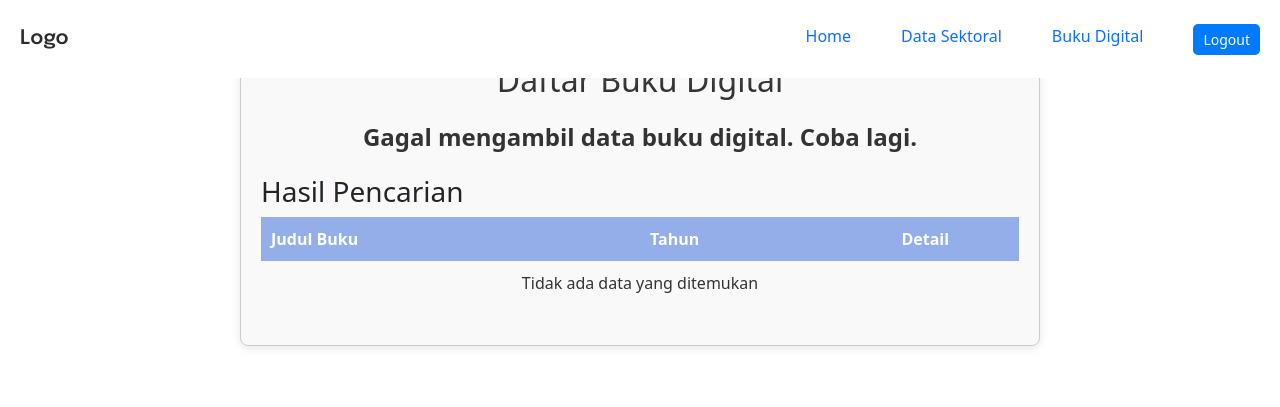
Repository: nida463/Website-PKL
Page: /buku-digital
The author's editor kept a copy of each file at every save. The page is drawn from the files as they stood at one save, then again after the next save.
The browser window is 1280 px wide. The pictures show the whole page.
The page's requests for data from a server got no answer. The project was rebuilt for these pictures with package versions that can differ from the ones it lists, and the page was loaded fresh each time. No one was signed in, and anything a server would have sent is missing. Also part of the build but not shown: src/Components/auth/Login.js, src/Components/organisms/Navbar.js, src/Components/atoms/Lable.js, src/Components/molecules/header/BrandingSection.js, src/Components/molecules/header/BodyTextH.js, src/Components/atoms/Button.js, src/Components/molecules/header/ButonContact.js, src/Components/atoms/Image.js and 24 more.

Above is the page before, as saved 2024-10-15 15:26:52.

After the next save:
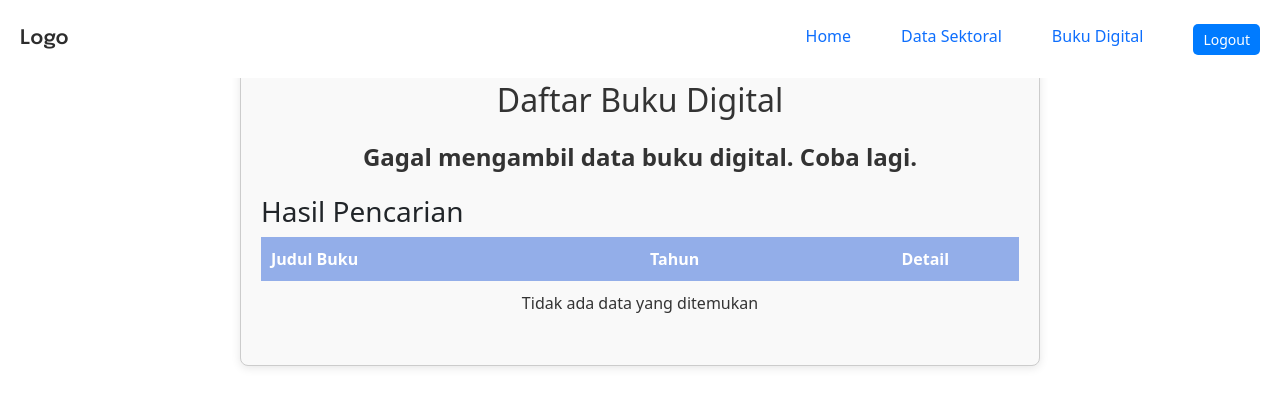
Saved 53 s later.
--- a/src/styles/Sektoral.css
+++ b/src/styles/Sektoral.css
@@ -3,7 +3,7 @@
     width: 100%;
     max-width: 800px;
     margin: auto;
-    padding: 20px;
+    padding: 60px 20px 20px; /* Menambahkan padding-top untuk memberi ruang pada navbar */
     border: 1px solid #ccc;
     border-radius: 8px;
     box-shadow: 0 2px 10px rgba(0, 0, 0, 0.1);
@@ -12,7 +12,7 @@
 
 .sektoral-title {
     text-align: center;
-    margin: 40px 0 20px; /* Mengatur jarak atas untuk menghindari overlap dengan navbar */
+    margin: 60px 0 20px; /* Mengatur jarak atas untuk menghindari overlap dengan navbar */
     color: #333;
 }
 
